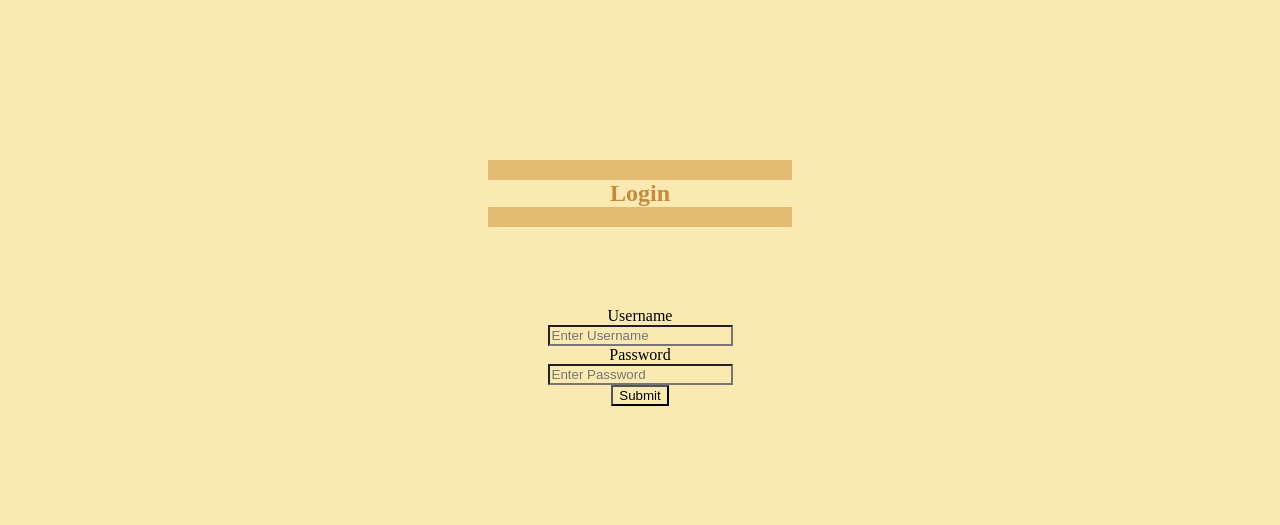
Repository: Shivamkr522/Contact_Us_Page
Page: http://localhost/ContactUs/login.jsp
The author's editor kept a copy of each file at every save. The page is drawn from the files as they stood at one save, then again after the next save.
The browser window is 1280 px wide. The pictures show the whole page.
The page is served by Tomcat 9.

Above is the page before, as saved 2022-12-11 13:17:34.

After the next save:
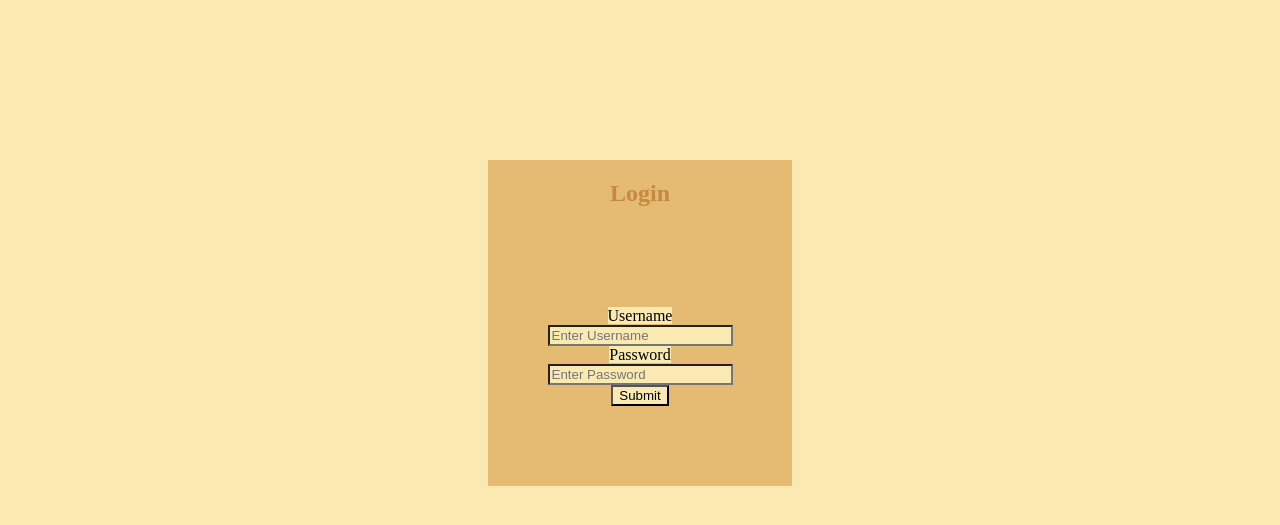
Saved 37 s later.
--- a/ContactUs/src/main/webapp/login.css
+++ b/ContactUs/src/main/webapp/login.css
@@ -8,11 +8,13 @@
 h2{
 	text-align: center;
 	color: #C58940;
+	background-color: #E5BA73;
 }
 
 form{
 	text-align: center;
 	padding: 5rem 0;
+	background-color: #E5BA73;
 }
 
 #login-box{
